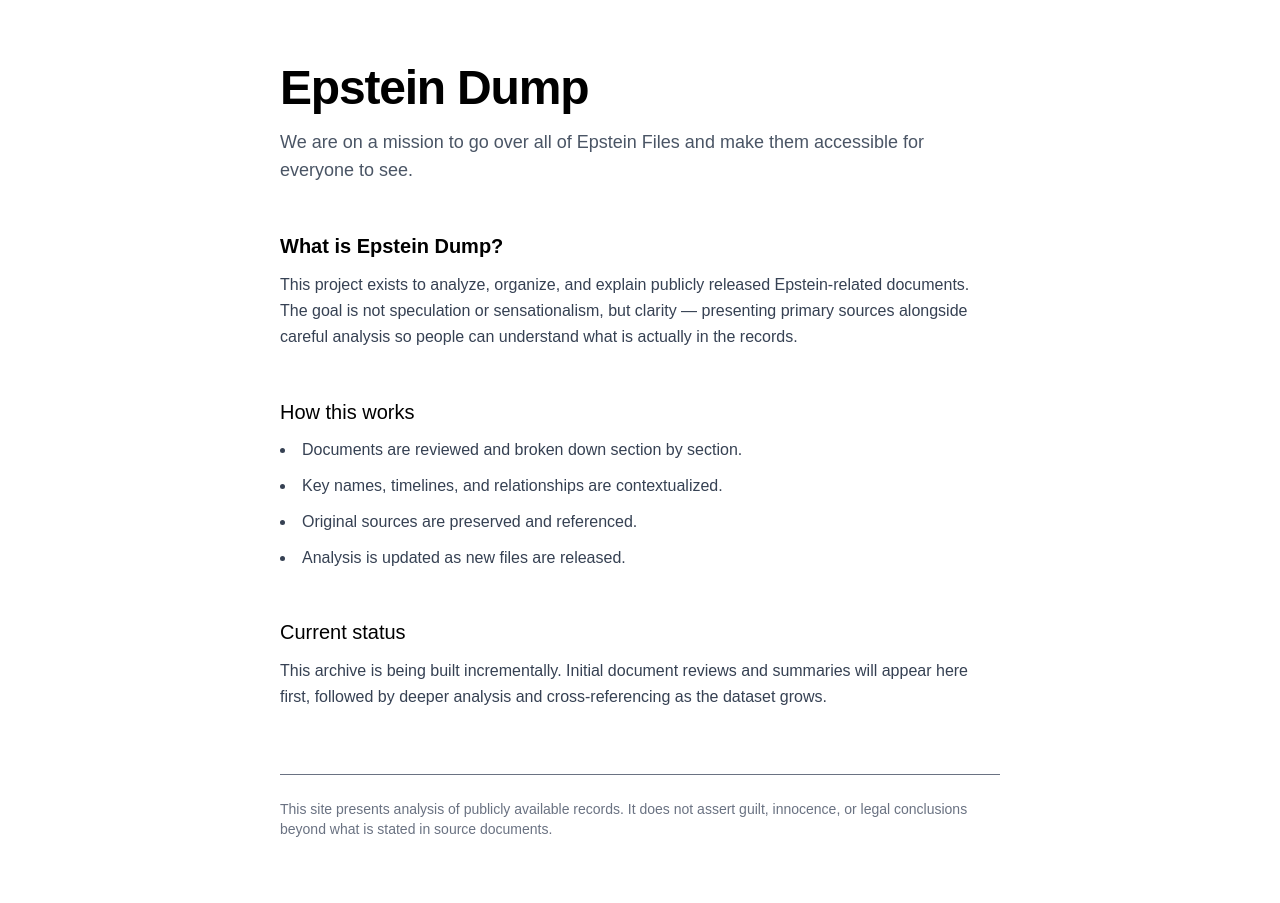
Repository: dayvoid97/epsteindump
Page: /
The author's editor kept a copy of each file at every save. The page is drawn from the files as they stood at one save, then again after the next save.
The browser window is 1280 px wide. The pictures show the whole page.
The project was rebuilt for these pictures with package versions that can differ from the ones it lists, and the page was loaded fresh each time. The framework's server and built-in components were replaced by stand-ins that run in the browser. Also part of the build but not shown: next.config.ts.

Above is the page before, as saved 2026-02-02 01:04:24.

### app/page.tsx
export default function Home() {
  return (
    <main className="min-h-screen bg-white text-black">
      <div className="max-w-3xl mx-auto px-6 py-16">
        {/* Header */}
        <header className="mb-12">
          <h1 className="text-4xl md:text-5xl font-semibold tracking-tight">Epstein Dump</h1>
          <p className="mt-4 text-lg text-gray-600">
            We are on a mission to go over all of Epstein Files and make them accessible for
            everyone to see.
          </p>
        </header>

        {/* Mission */}
        <section className="mb-12">
          <h2 className="font-bold text-xl  mb-3">What is Epstein Dump?</h2>
          <p className="text-gray-700 leading-relaxed">
            This project exists to analyze, organize, and explain publicly released Epstein-related
            documents. The goal is not speculation or sensationalism, but clarity — presenting
            primary sources alongside careful analysis so people can understand what is actually in
            the records.
          </p>
        </section>

        {/* What to Expect */}
        <section className="mb-12">
          <h2 className="text-xl font-medium mb-3">How this works</h2>
          <ul className="space-y-3 text-gray-700 list-disc list-inside">
            <li>Documents are reviewed and broken down section by section.</li>
            <li>Key names, timelines, and relationships are contextualized.</li>
            <li>Original sources are preserved and referenced.</li>
            <li>Analysis is updated as new files are released.</li>
          </ul>
        </section>

        {/* Status */}
        <section className="mb-16">
          <h2 className="text-xl font-medium mb-3">Current status</h2>
          <p className="text-gray-700 leading-relaxed">
            This archive is being built incrementally. Initial document reviews and summaries will
            appear here first, followed by deeper analysis and cross-referencing as the dataset
            grows.
          </p>
        </section>

        {/* Footer */}
        <footer className="border-t pt-6 text-sm text-gray-500">
          <p>
            This site presents analysis of publicly available records. It does not assert guilt,
            innocence, or legal conclusions beyond what is stated in source documents.
          </p>
        </footer>
      </div>
    </main>
  )
}

Loaded but not shown: app/layout.tsx (common file); app/globals.css (common file)

After the next save:
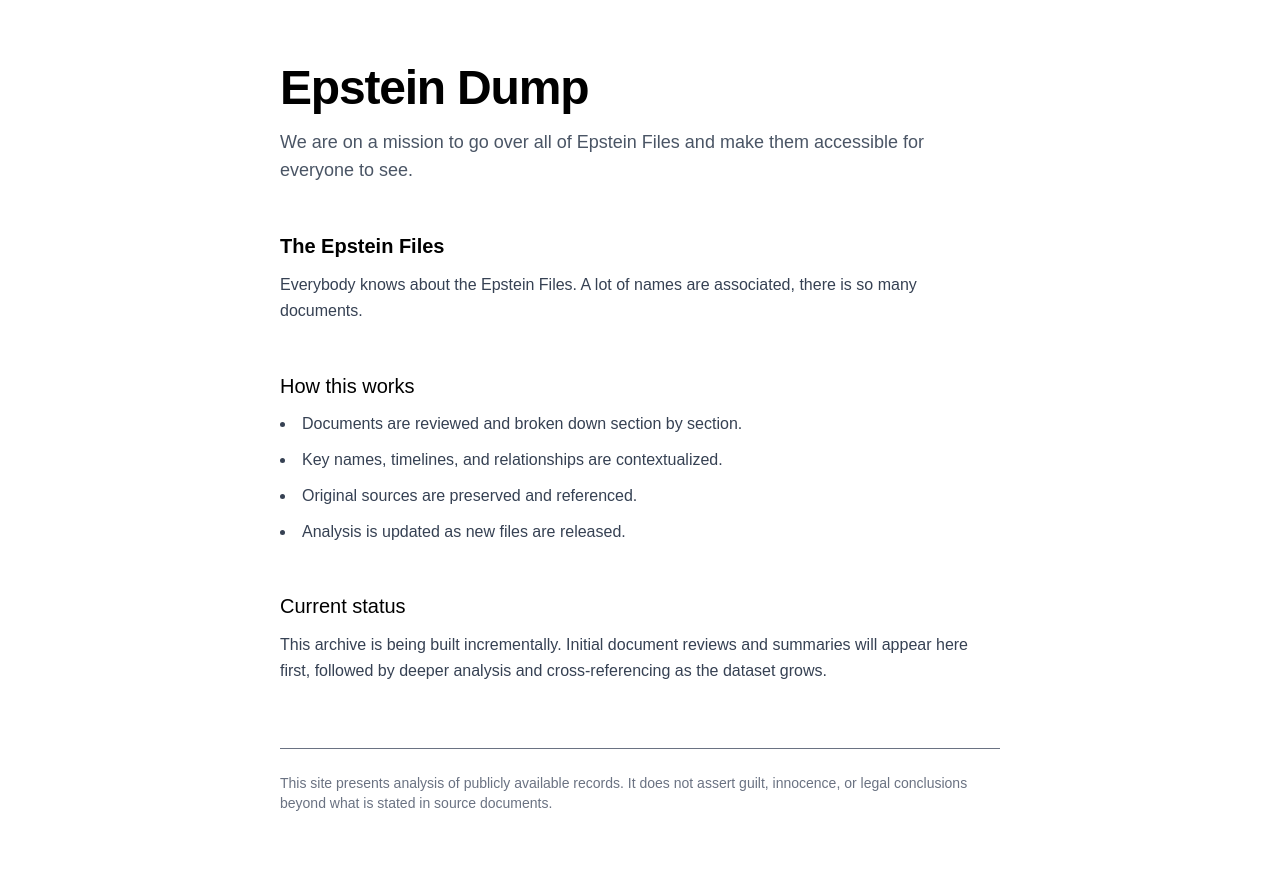
Saved 76 s later.
--- a/app/page.tsx
+++ b/app/page.tsx
@@ -13,12 +13,10 @@
 
         {/* Mission */}
         <section className="mb-12">
-          <h2 className="font-bold text-xl  mb-3">What is Epstein Dump?</h2>
+          <h2 className="font-bold text-xl  mb-3">The Epstein Files</h2>
           <p className="text-gray-700 leading-relaxed">
-            This project exists to analyze, organize, and explain publicly released Epstein-related
-            documents. The goal is not speculation or sensationalism, but clarity — presenting
-            primary sources alongside careful analysis so people can understand what is actually in
-            the records.
+            Everybody knows about the Epstein Files. A lot of names are associated, there is so many
+            documents.
           </p>
         </section>
 
